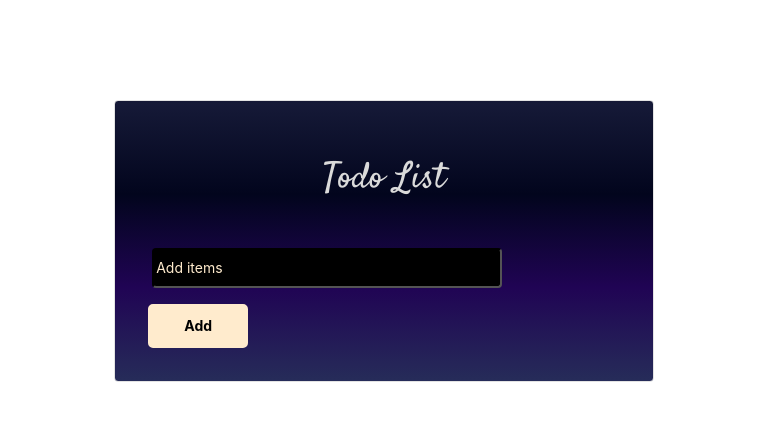
Repository: arpana23/Todo-list
Page: /
These files come from the project's save history. The page is drawn as it stood at one moment and after the next save; the edit follows.
The browser window is 768 px wide. The pictures show the whole page.
Some web libraries are served in a nearby version. The project was rebuilt for these pictures with package versions that can differ from the ones it lists, and the page was loaded fresh each time. Also part of the build but not shown: src/Todolist.js.

Above is the page before, as saved 2021-04-17 21:51:41.

After the next save:
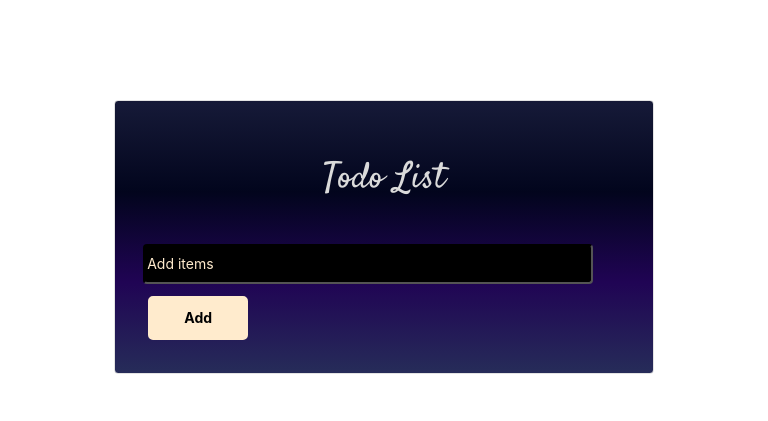
Saved 27 s later.
--- a/src/App.css
+++ b/src/App.css
@@ -162,6 +162,13 @@
     width: 95%;
   }
 
+  .addInput {
+    margin: 14px;
+    margin-left: 9px;
+    width: 90%;
+    height: 5vh;
+  }
+
   .btn {
     /* margin: 3px; */
     margin-left: 14px;
